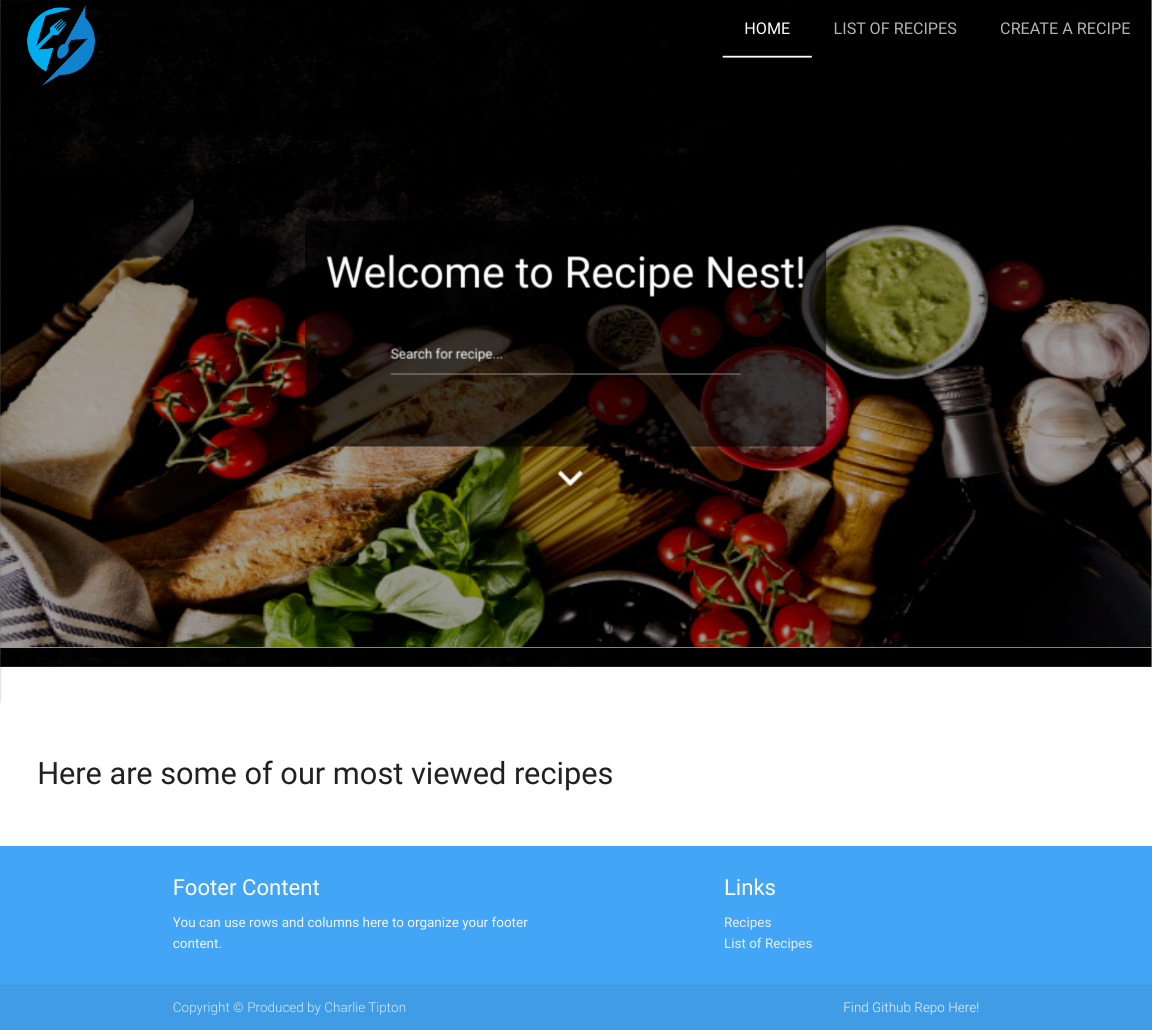
Repository: CharlieJT/Recipes
Page: http://localhost/
The author's editor kept a record of every edit. The page is drawn from the files as they stood at one moment, then again after the next edit.
The browser window is 1280 px wide. The pictures show the whole page, at 90% of full size.
Backgrounds fixed to the window are drawn as part of the page. Some web libraries are served in a nearby version. The page is served by the project's application, run on Flask 3 (app.py). Queries for data that is not in the repository find no rows.

Above is the page before.

After the next edit:
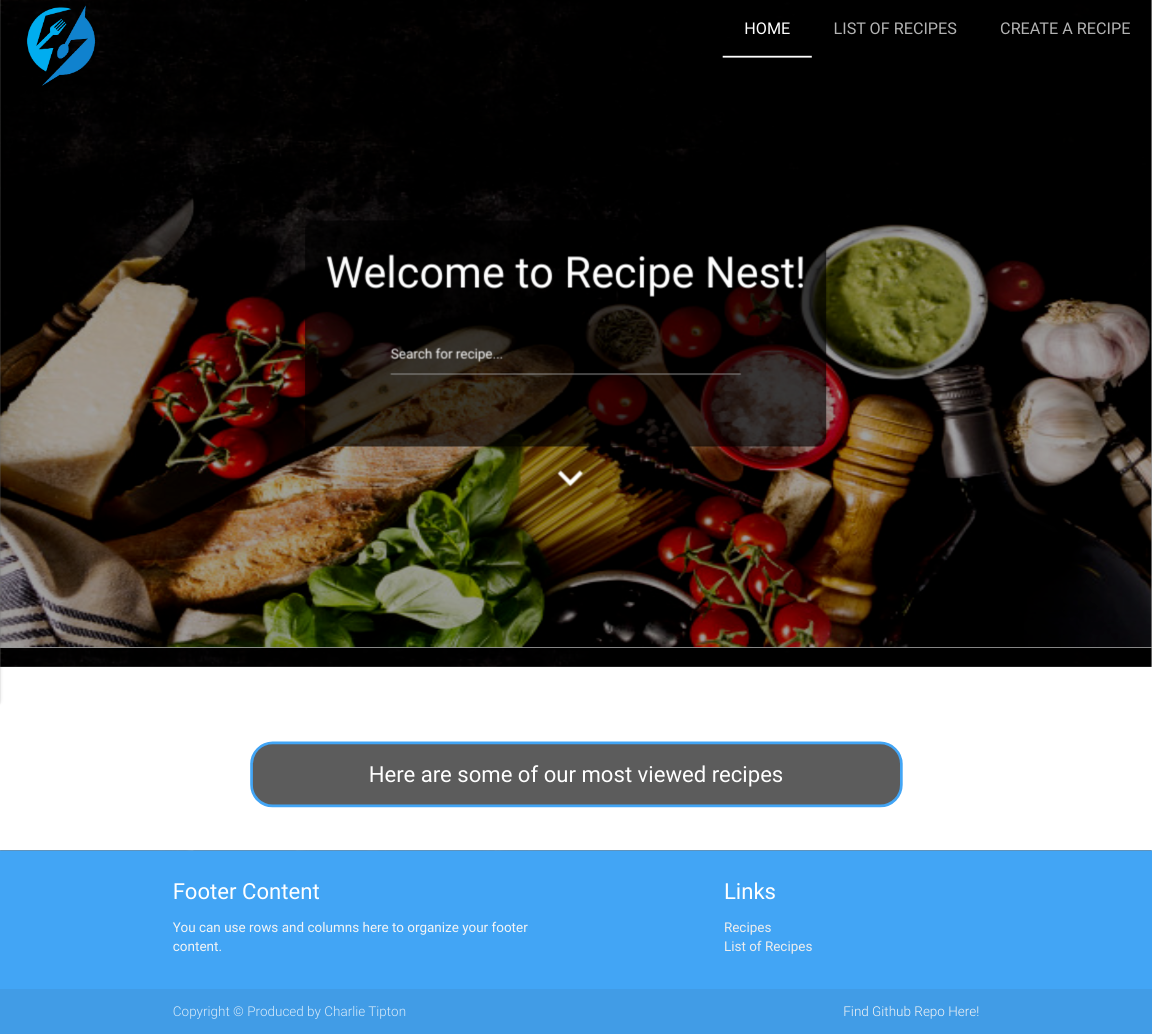
The edit:
--- a/templates/index.html
+++ b/templates/index.html
@@ -45,8 +45,8 @@
 
     <div id="recipe-container" class="container-fluid ">
         <div class="row">
-            <div class="mostly-viewed-heading-column col">
-                <h4>Here are some of our most viewed recipes</h4>
+            <div class="mostly-viewed-heading-column col s12">
+                <h5>Here are some of our most viewed recipes</h5>
             </div>
             {% for recipe in recipes %}
             <div class="col s12 m6 l4">
